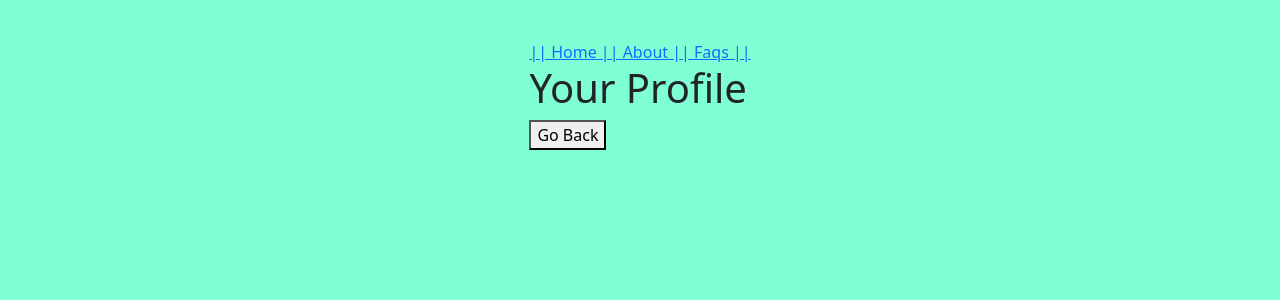
Repository: abgdev1997/proyecto-evo
Page: /profile
An editor plug-in stored every save of this project. The page is shown before and after the next save, followed by the edit.
The browser window is 1280 px wide. The pictures show the whole page.
The project was rebuilt for these pictures with package versions that can differ from the ones it lists, and the page was loaded fresh each time. Also part of the build but not shown: src/routes/Home/HomePage.jsx, src/routes/404/NotFoundPage.jsx, src/routes/about-faqs/AboutPage.jsx, src/models/levels.enum.js, src/models/levels.class.js, src/styles/task.scss, src/components/pure/task_component.jsx, src/components/pure/forms/taskForm.jsx and 2 more.

Above is the page before, as saved 2022-02-16 13:55:05.

### src/index.js
import React from 'react';
import ReactDOM from 'react-dom';
import 'bootstrap/dist/css/bootstrap.css';
import 'bootstrap-icons/font/bootstrap-icons.css';
import './index.css';
import AppRoutingOne from './AppRoutingOne';

ReactDOM.render(
  <React.StrictMode>
    <AppRoutingOne />
  </React.StrictMode>,
  document.getElementById('root')
);

### src/index.css
body{
    display: flex;
    align-items: center;
    justify-content: center;
    padding-top: 40px;
    padding-bottom: 40px;
    background-color: aquamarine;
}

### src/AppRoutingOne.js
import { BrowserRouter as Router, Route, Link, Switch } from 'react-router-dom'
import Homepage from './routes/Home/HomePage';
import NotFoundPage from './routes/404/NotFoundPage'
import Aboutpage from './routes/about-faqs/AboutPage';
import Profilepage from './routes/profile/ProfilePage';
import Taskspage from './routes/tasks/TasksPage';

function AppRoutingOne() {
  return (
    <Router>
      <div>
        <aside>
          <Link to='/'>|| Home |</Link>
          <Link to='/about'>| About |</Link>
          <Link to='/faqs'>| Faqs ||</Link>
        </aside>
        <main>
          <Switch>
            <Route exact path='/' component={ Homepage } />
            <Route path='/(about|faqs)' component={ Aboutpage } />
            <Route path='/profile' component={ Profilepage } />
            <Route path='/tasks' component={ Taskspage } />
            <Route component={ NotFoundPage } />
          </Switch>
        </main>
      </div>
    </Router>
  );
}

export default AppRoutingOne;

### src/routes/profile/ProfilePage.jsx
import React from 'react';
import { useHistory } from 'react-router-dom';

const Profilepage = ({ user }) => {
    const history = useHistory();

    const goBack = () => {
        history.goBack();
    }

    return (
        <div>
            <h1>Your Profile</h1>
            <button onClick={ () => goBack() }>
                Go Back
            </button>
        </div>
    );
}

export default Profilepage;

Loaded but not shown: public/index.html (common file)

After the next save:
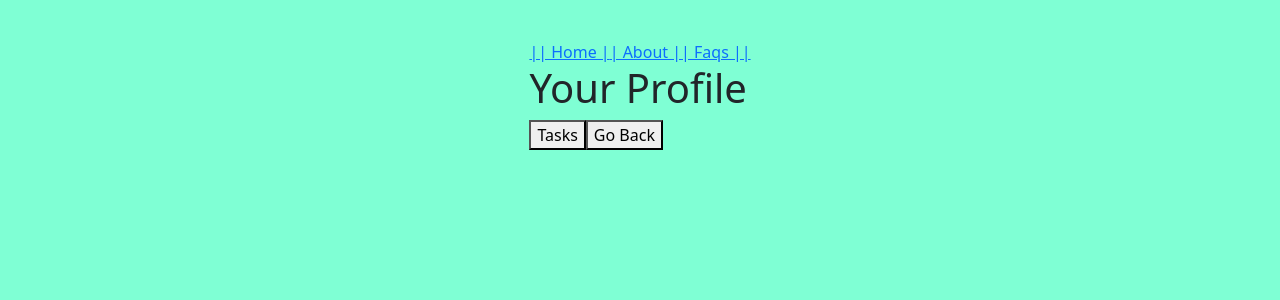
Saved 2 min 53 s later.
--- a/src/routes/profile/ProfilePage.jsx
+++ b/src/routes/profile/ProfilePage.jsx
@@ -3,6 +3,10 @@ import { useHistory } from 'react-router-dom';
 
 const Profilepage = ({ user }) => {
     const history = useHistory();
+
+    const navigate = (path) => {
+        history.push(path)
+    }
 
     const goBack = () => {
         history.goBack();
@@ -11,6 +15,9 @@ const Profilepage = ({ user }) => {
     return (
         <div>
             <h1>Your Profile</h1>
+            <button onClick={ () => navigate('/tasks') }>
+                Tasks
+            </button>
             <button onClick={ () => goBack() }>
                 Go Back
             </button>
